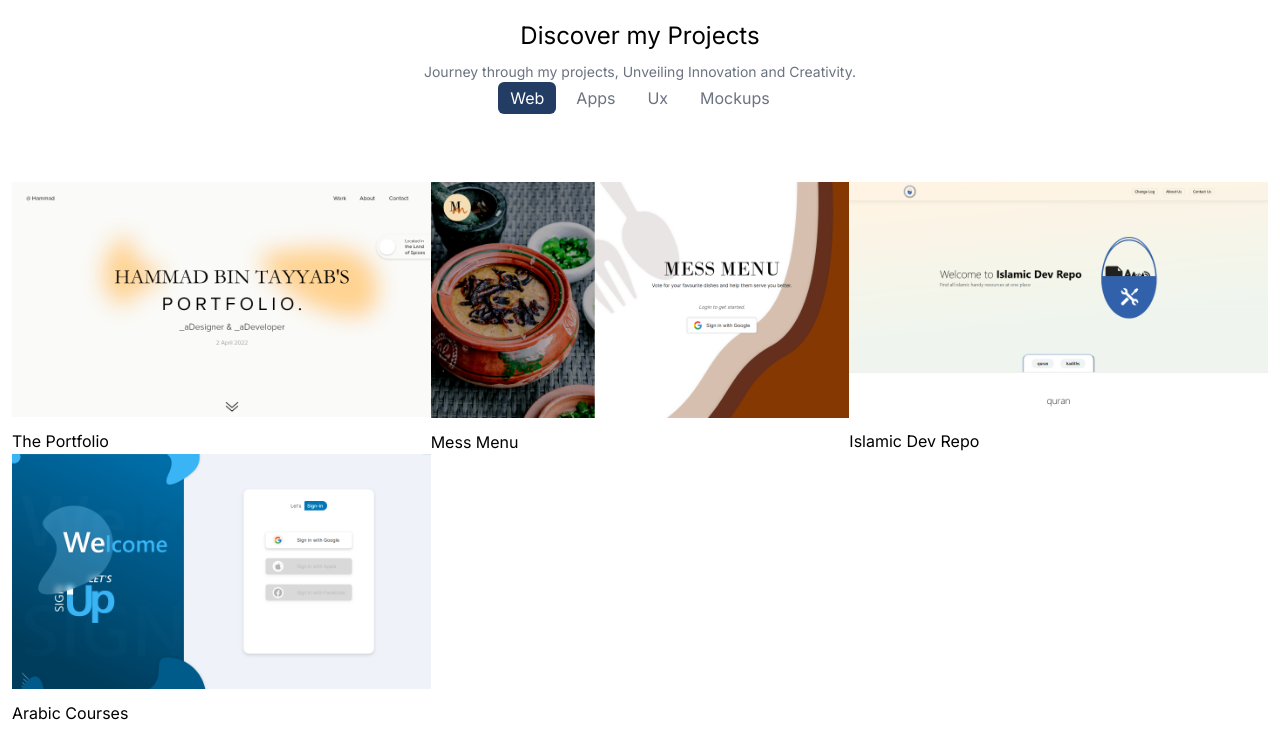
Repository: SpicierEwe/my_portfolio_v2
Page: /
The author's editor kept a copy of each file at every save. The page is drawn from the files as they stood at one save, then again after the next save.
The browser window is 1280 px wide. The pictures show the whole page.
The project was rebuilt for these pictures with package versions that can differ from the ones it lists, and the page was loaded fresh each time. The framework's server and built-in components were replaced by stand-ins that run in the browser. Also part of the build but not shown: next.config.js, core/utils/customIcons.js, core/utils/utils.tsx, core/db/sub_db_data/ux_db.js.

Above is the page before, as saved 2024-04-22 11:04:16.

After the next save:
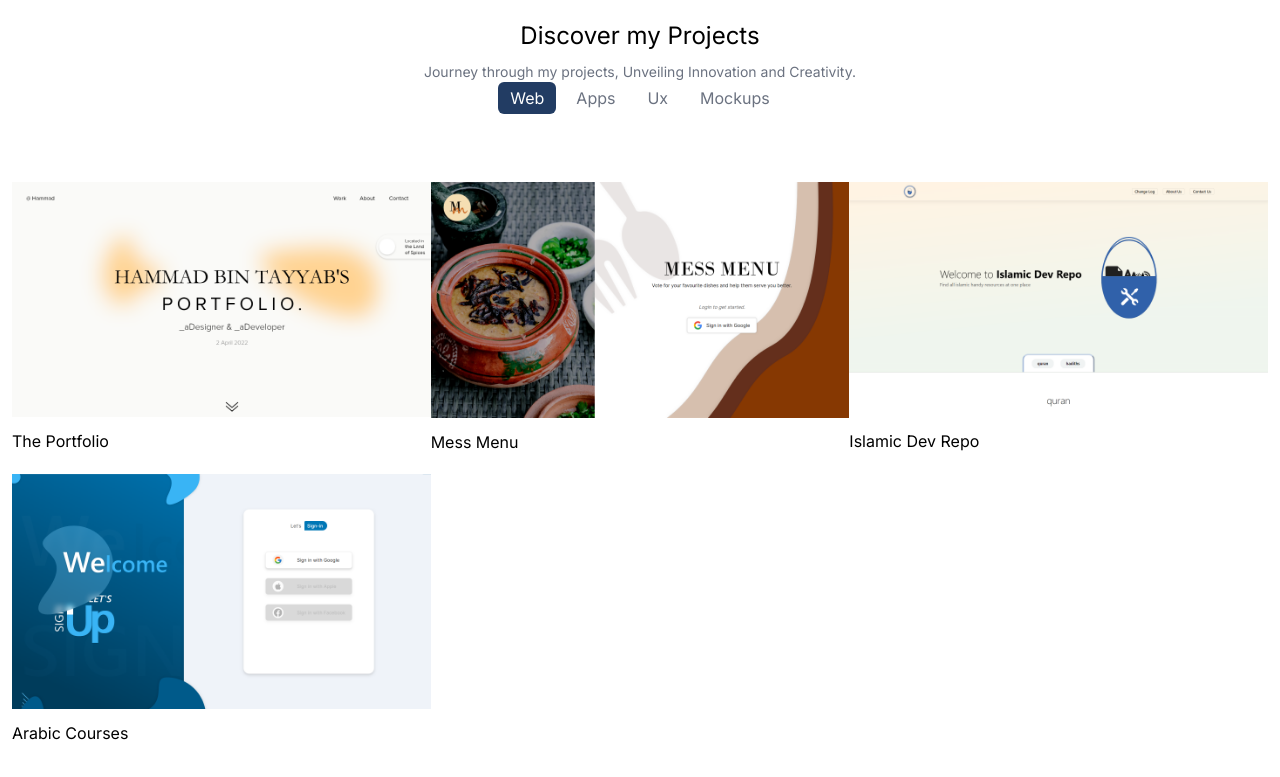
Saved 17 s later.
--- a/Components/Work_section/work_section.tsx
+++ b/Components/Work_section/work_section.tsx
@@ -62,7 +62,7 @@ export default function WorkSection() {
                       layout="responsive"
                     ></Image>
                   }
-                  <p className="mt-3">{projectName}</p>
+                  <p className="mt-3 mb-5">{projectName}</p>
                 </div>
               );
             }
